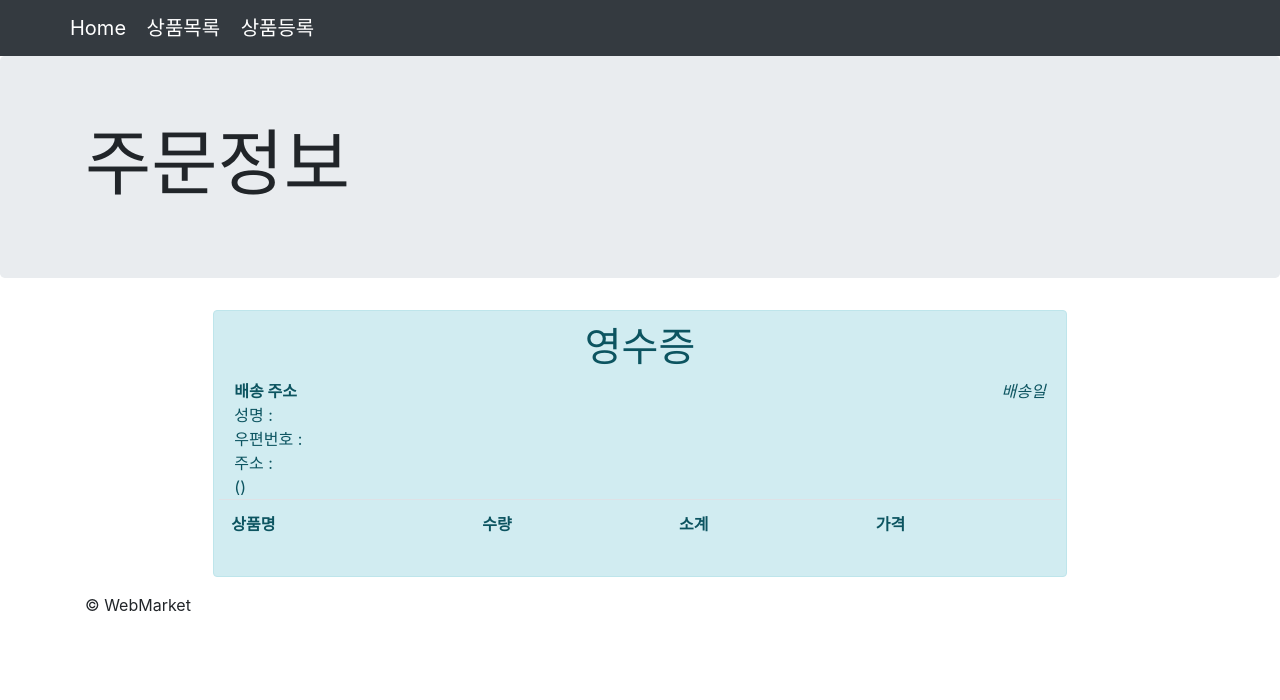
Repository: davisbyun/ai
Page: http://localhost/WebMarket/orderConfirmation.jsp
An editor plug-in stored every save of this project. The page is shown before and after the next save, followed by the edit.
The browser window is 1280 px wide. The pictures show the whole page.
The page is served by Tomcat 9.

Above is the page before, as saved 2024-01-25 05:32:57.

After the next save:
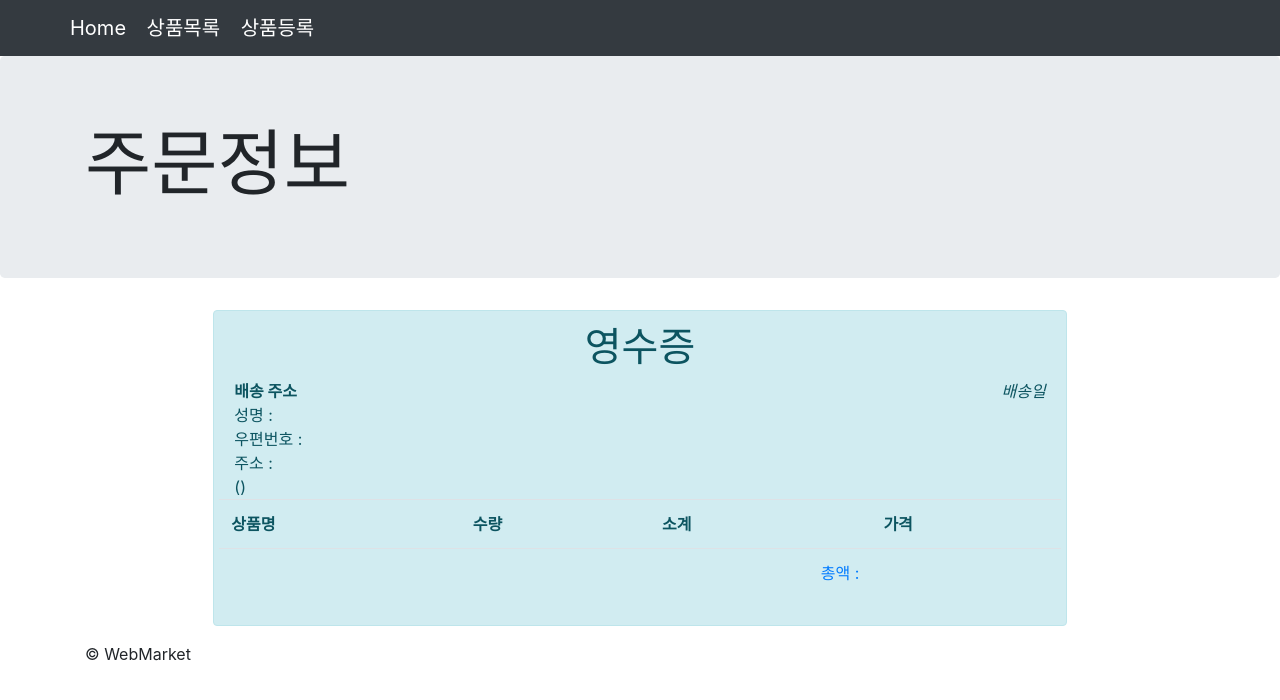
Saved 2 min 31 s later.
--- a/WebMarket/src/main/webapp/orderConfirmation.jsp
+++ b/WebMarket/src/main/webapp/orderConfirmation.jsp
@@ -92,7 +92,8 @@
            }
           %>
 
-
+          <tr> <td></td> <td></td>
+          	   <td class="text-right text-primary"> 총액 :  </td> <td class="text-center text-danger"></td> </tr>
       </table>
       </div>
     </div>
